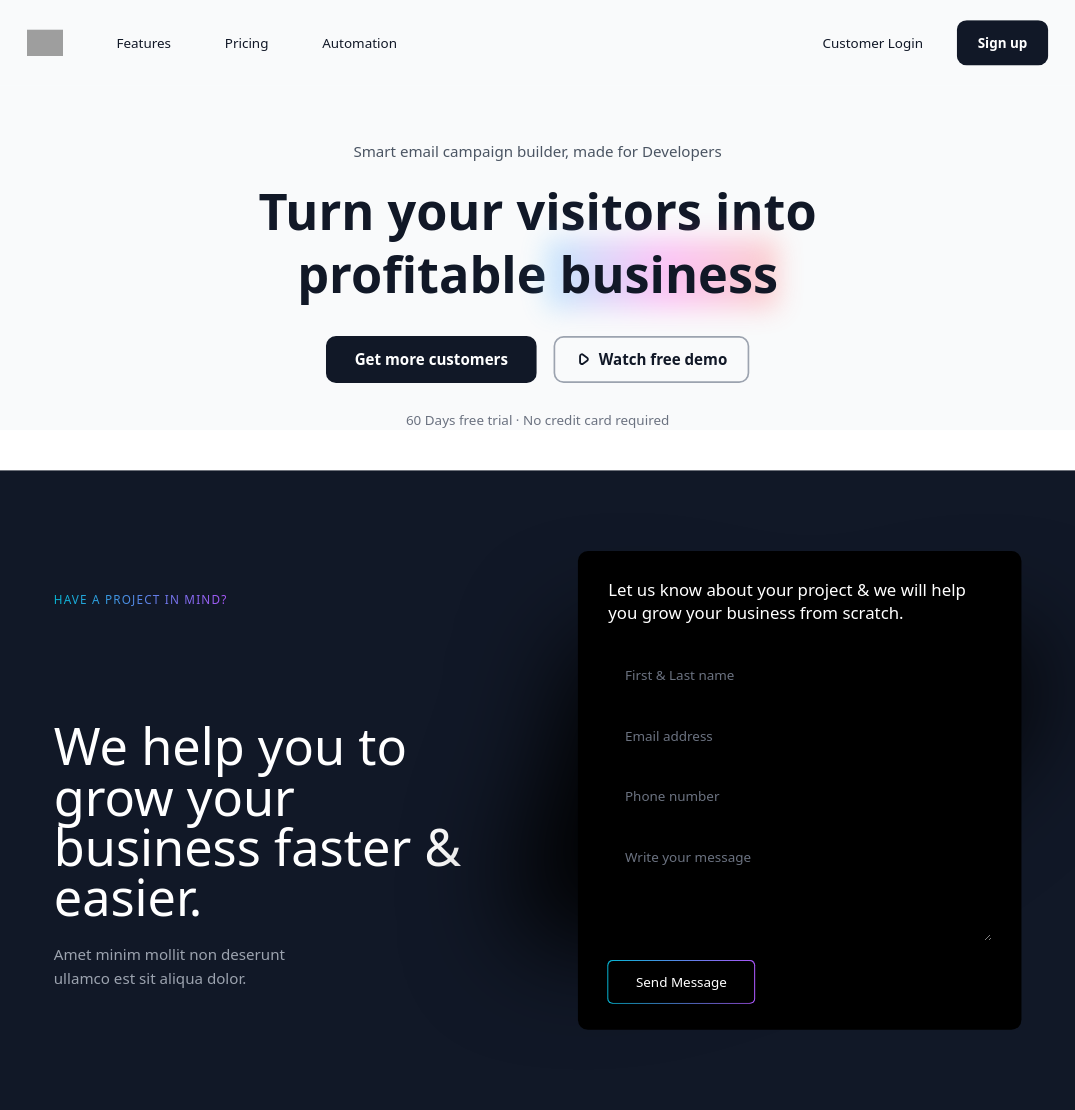
Repository: ornelasedward/mired_website
Page: /
An editor plug-in stored every save of this project. The page is shown before and after a run of saves, followed by the edit.
The browser window is 1280 px wide. The pictures show the whole page, at 84% of full size.
Pictures or frames that could not be fetched are drawn as grey boxes. The project was rebuilt for these pictures with package versions that can differ from the ones it lists, and the page was loaded fresh each time. The framework's server and built-in components were replaced by stand-ins that run in the browser. Also part of the build but not shown: next.config.js.

Above is the page before, as saved 2023-03-25 20:52:55.

After the next 2 saves:
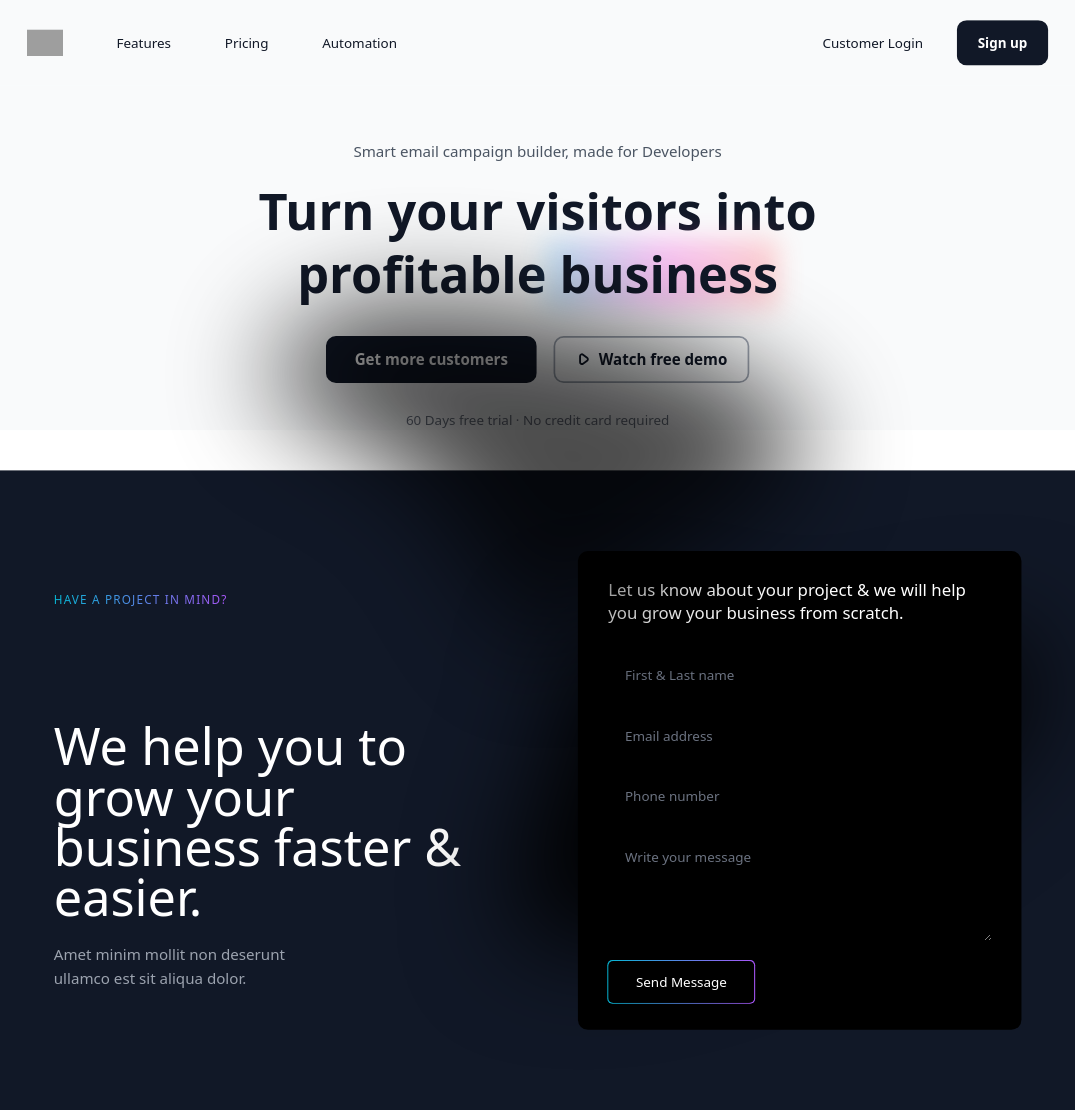
The 2 saves are shown as one change because 1 did not build or start.
The last was saved 49 s later.
--- a/components/Services.tsx
+++ b/components/Services.tsx
@@ -3,7 +3,40 @@
 export default function Services() {
   return (
     <div>
-      <div></div>
+      <div className="absolute transform -translate-x-1/2 translate-y-full bottom-1/2 left-1/2">
+        <svg
+          className="blur-3xl filter opacity-70"
+          style={{ filter: "blur(64px)" }}
+          width="643"
+          height="408"
+          fill="none"
+          xmlns="http://www.w3.org/2000/svg"
+        >
+          <path
+            d="M183.151 216.787C86.498 123.868-62.309 137.493 30.03 41.445c92.337-96.049 494.126-6.876 590.779 86.043 96.652 92.919-148.432 154.396-240.769 250.445-92.338 96.048-100.237-68.228-196.889-161.146Z"
+            fill="url(#a)"
+          />
+          <defs>
+            <linearGradient
+              id="a"
+              x1="663.766"
+              y1="168.785"
+              x2="303.65"
+              y2="469.667"
+              gradientUnits="userSpaceOnUse"
+            >
+              <stop
+                offset="0%"
+                style={{ stopColor: "var(--color-cyan-500)" }}
+              />
+              <stop
+                offset="100%"
+                style={{ stopColor: "var(--color-purple-500)" }}
+              />
+            </linearGradient>
+          </defs>
+        </svg>
+      </div>
     </div>
   );
 }
